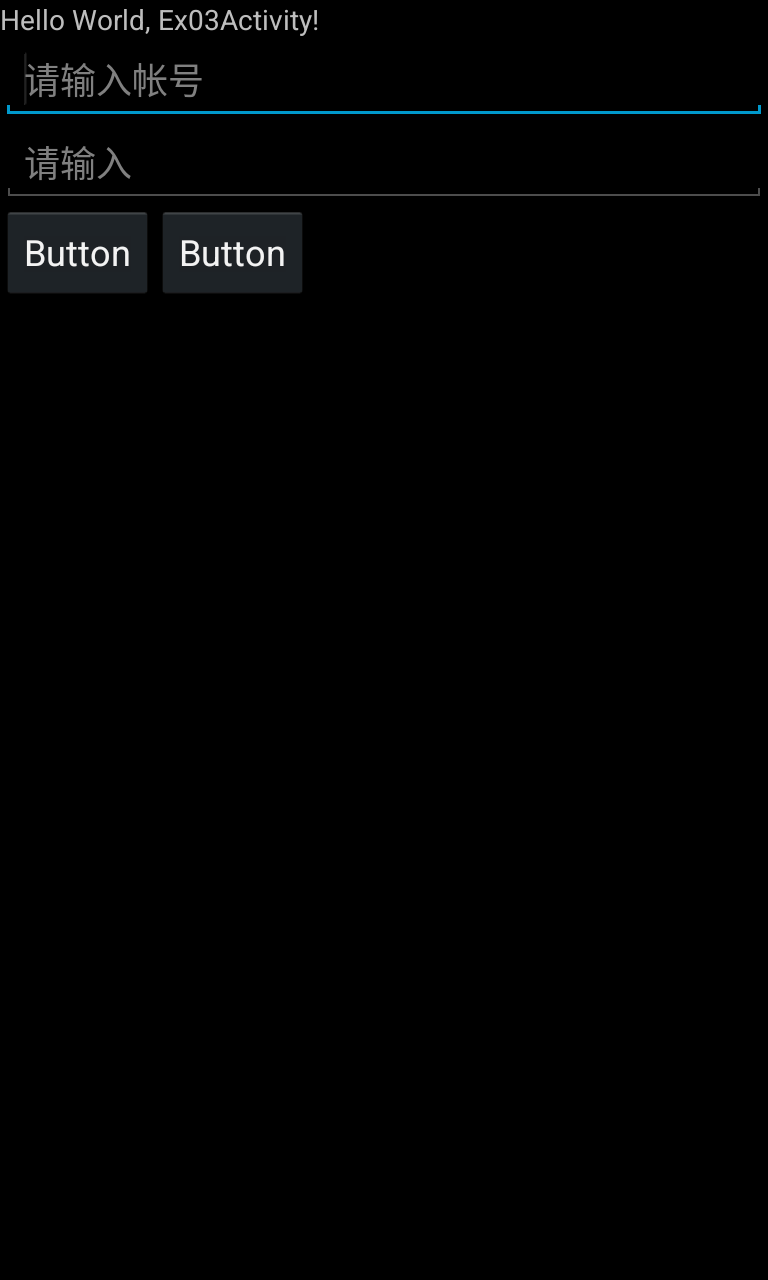
Repository: oldherokingsley/android_homework
Layout: Ex03/res/layout/main.xml
The author's editor kept a copy of each file at every save. The layout is drawn from the files as they stood at one save, then again after the next save.
It is drawn on a 768 x 1280 px phone screen (xhdpi) without system bars, with theme android:Theme.Holo; the app's code is not run.

Above is the layout before, as saved 2012-10-16 08:57:33.

After the next save:
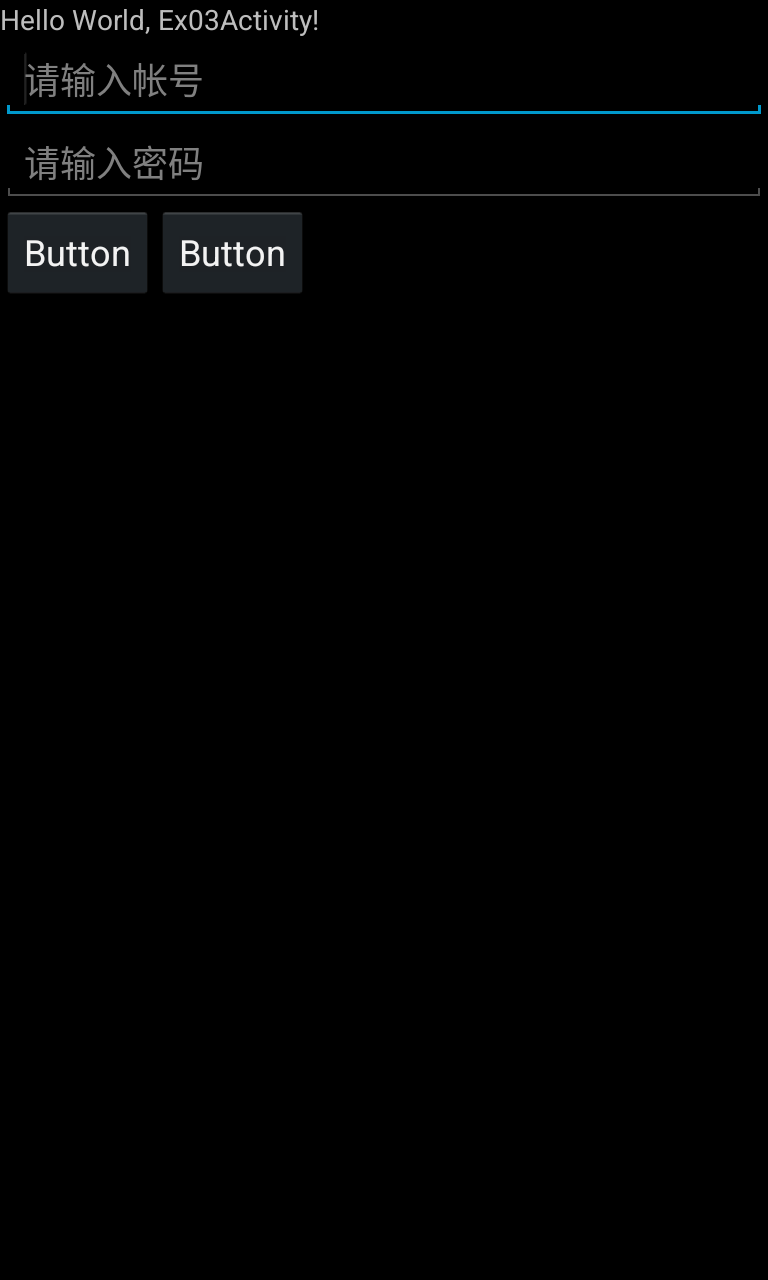
Saved 8 s later.
--- a/Ex03/res/layout/main.xml
+++ b/Ex03/res/layout/main.xml
@@ -27,7 +27,7 @@
         android:layout_height="wrap_content"
         android:ems="10"
         android:inputType="textPassword"
-        android:hint="请输入"/>
+        android:hint="请输入密码"/>
 
     <LinearLayout
         android:layout_width="match_parent"
